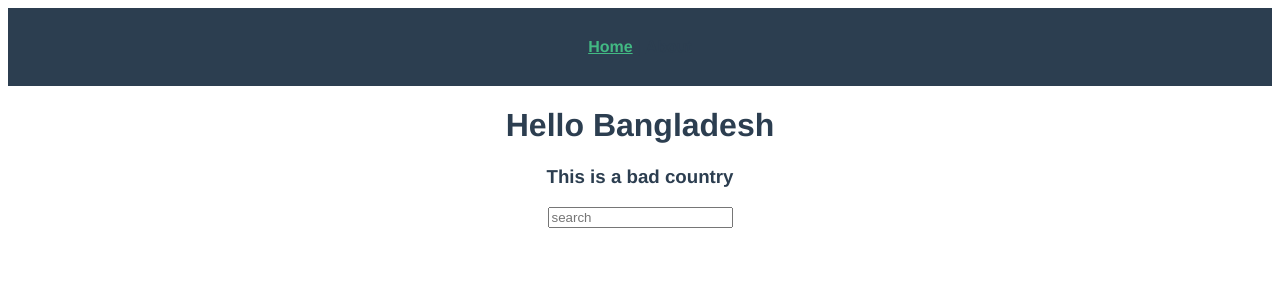
Repository: arif286/PokeDex-website
Page: /
An editor plug-in stored every save of this project. The page is shown before and after the next save, followed by the edit.
The browser window is 1280 px wide. The pictures show the whole page.
The project was rebuilt for these pictures with package versions that can differ from the ones it lists, and the page was loaded fresh each time.

Above is the page before, as saved 2021-06-02 20:41:41.

After the next save:
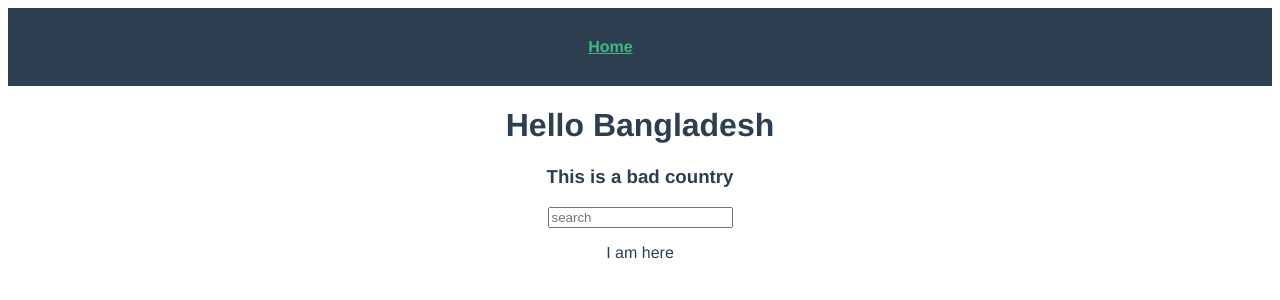
Saved 4 min 33 s later.
--- a/src/views/Home.vue
+++ b/src/views/Home.vue
@@ -4,6 +4,9 @@
     <h3 v-text="text"></h3>
   </div>
   <div v-html="input"></div>
+  <div :id='headingId'>
+    <p>I am here</p>
+  </div>
 </template>
 
 <script>
@@ -19,6 +22,7 @@ export default {
       title: 'Bangladesh',
       text: 'This is a bad country',
       input: '<input type="text" placeholder="search"/>',
+      headingId: 'heading',
     }
   },
   }
